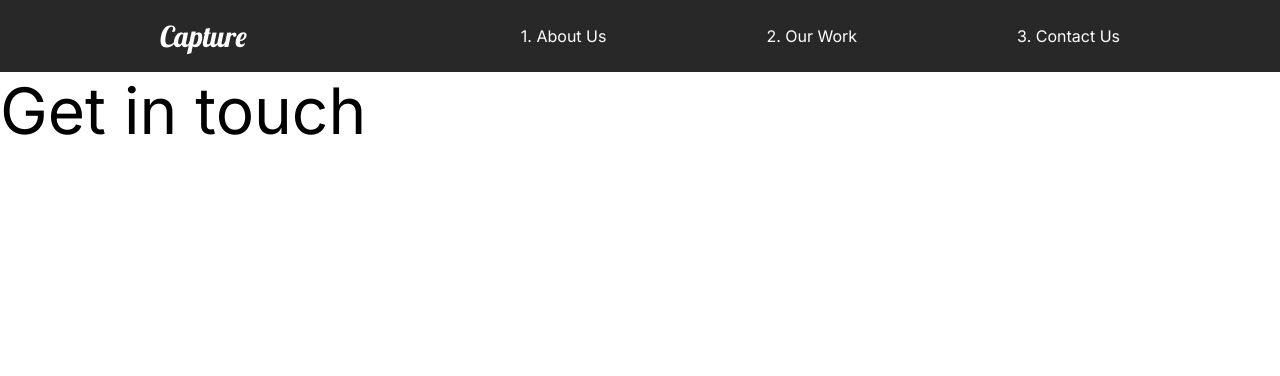
Repository: programmingwithlevi/capture
Page: /contact
An editor plug-in stored every save of this project. The page is shown before and after the next save, followed by the edit.
The browser window is 1280 px wide. The pictures show the whole page.
The project was rebuilt for these pictures with package versions that can differ from the ones it lists, and the page was loaded fresh each time. Also part of the build but not shown: src/styles.js, src/components/Wave.js, src/components/AboutSection.js, src/components/UseScroll.js, src/components/ServicesSection.js, src/components/Toggle.js, src/components/FaqSection.js, src/pages/AboutUs.js and 3 more.

Above is the page before, as saved 2021-12-13 17:12:49.

After the next save:
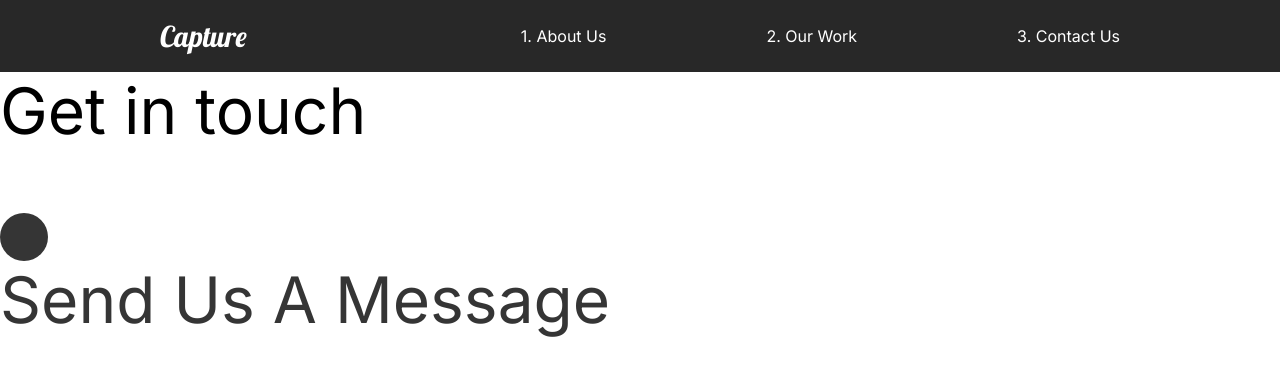
Saved 3 h 44 min later.
--- a/src/pages/ContactUs.js
+++ b/src/pages/ContactUs.js
@@ -19,7 +19,8 @@ const ContactUs = () => {
                 </Hide>
             </Title>
             <div>
-
+                <Circle />
+                <h2>Send Us A Message</h2>
             </div>
         </ContactStyle>
     )
@@ -36,7 +37,18 @@ const Title = styled.div`
 const Hide = styled.div`
     overflow: hidden;
     `
+const Circle = styled.div`
+    border-radius: 50%;
+    width: 3rem;
+    height: 3rem;
+    background: #353535;
+`
 const Social = styled(motion.div)`
+    display: flex;
+    align-items: center;
+    h2{
+
+    };
 `
 
 
